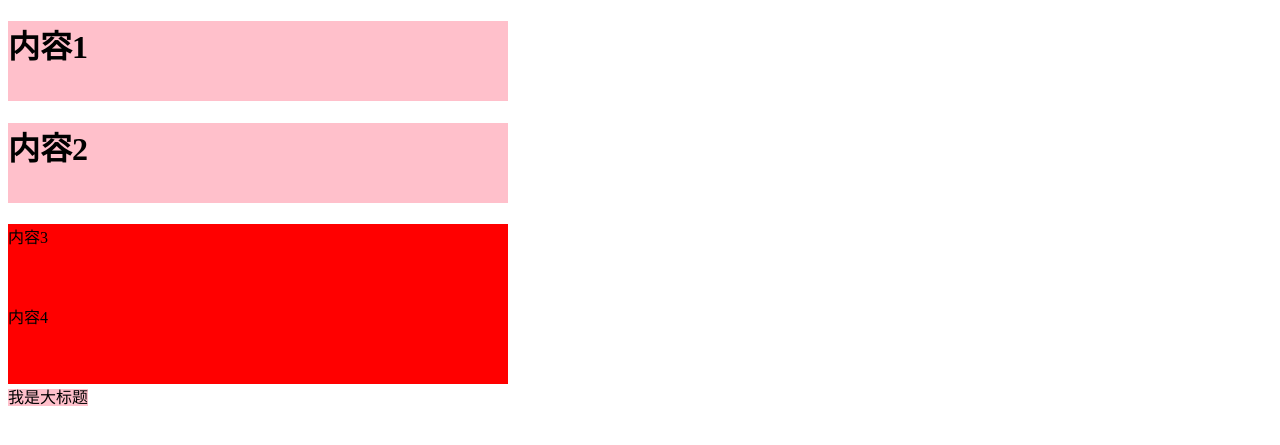
Repository: Germtao/Web
Page: web_css/css_浮动.html
The author's editor kept a copy of each file at every save. The page is drawn from the files as they stood at one save, then again after the next save.
The browser window is 1280 px wide. The pictures show the whole page.

Above is the page before, as saved 2020-10-29 17:14:58.

### web_css/css_浮动.html
<!DOCTYPE html>
<html lang="en">

<head>
  <meta charset="UTF-8">
  <meta name="viewport" content="width=device-width, initial-scale=1.0">
  <title>css-浮动</title>

  <!-- <style type="text/css">
    span {
      font-size: 100px;
    }
  </style> -->

  <!-- 行内元素和块级元素 -->
  <!-- 行内元素和块级元素的区别：
    行内元素：
      - 与其他行内元素并排
      - 不能设置宽、高。默认的宽度，就是文字的宽度
    块级元素：
      - 霸占一行，不能与其他任何元素并列
      - 能接受宽、高。如果不设置宽度，那么宽度将默认变为父亲的100%
   -->
  <style type="text/css">
    h1 {
      background-color: pink;
      width: 500px;
      height: 80px;
    }

    span {
      display: block;
      background: red;
      /* 设置无效 */
      width: 500px;
      height: 80px;
    }

    div {
      display: inline;
      background-color: pink;
      width: 500px;
      height: 80px;
    }
  </style>

</head>

<body>
  <!-- <p>
    哈哈
    <span>王者荣耀</span>
    哈哈哈哈哈哈哈
    <img src="http://img.smyhvae.com/20170729_1445.png" alt="">
    <img src="http://img.smyhvae.com/20170729_1502.png" alt="">
  </p> -->

  <!-- 行内元素和块级元素 -->
  <h1>内容1</h1>
  <h1>内容2</h1>

  <span>内容3</span>
  <span>内容4</span>

  <div>我是大标题</div>
</body>

</html>

After the next save:
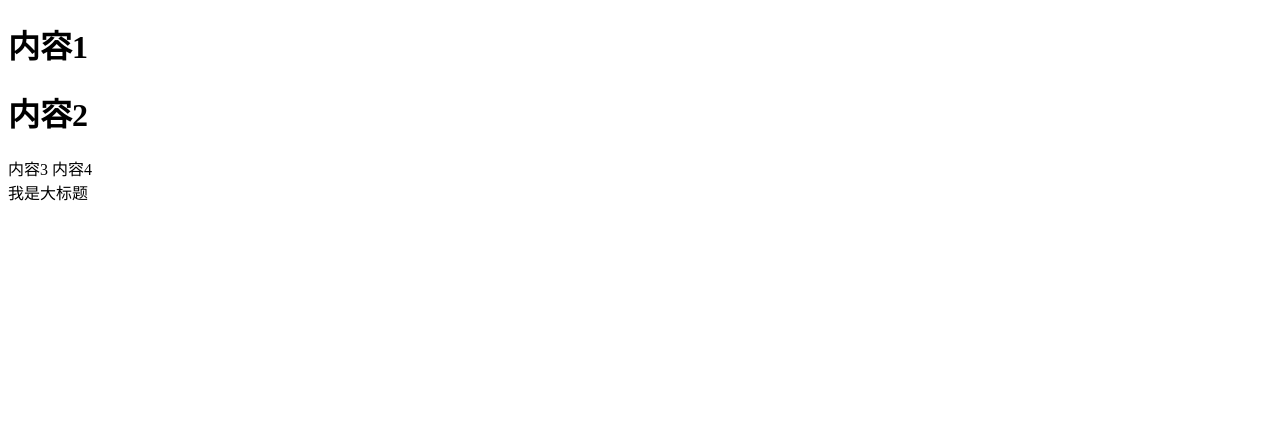
Saved 2 min 12 s later.
--- a/web_css/css_浮动.html
+++ b/web_css/css_浮动.html
@@ -21,7 +21,7 @@
       - 霸占一行，不能与其他任何元素并列
       - 能接受宽、高。如果不设置宽度，那么宽度将默认变为父亲的100%
    -->
-  <style type="text/css">
+  <!-- <style type="text/css">
     h1 {
       background-color: pink;
       width: 500px;
@@ -42,7 +42,13 @@
       width: 500px;
       height: 80px;
     }
-  </style>
+  </style> -->
+
+  <!-- css中一共有三种手段，使一个元素脱离标准文档流：
+    1. 浮动
+    2. 绝对定位
+    3. 固定定位
+   -->
 
 </head>
 
